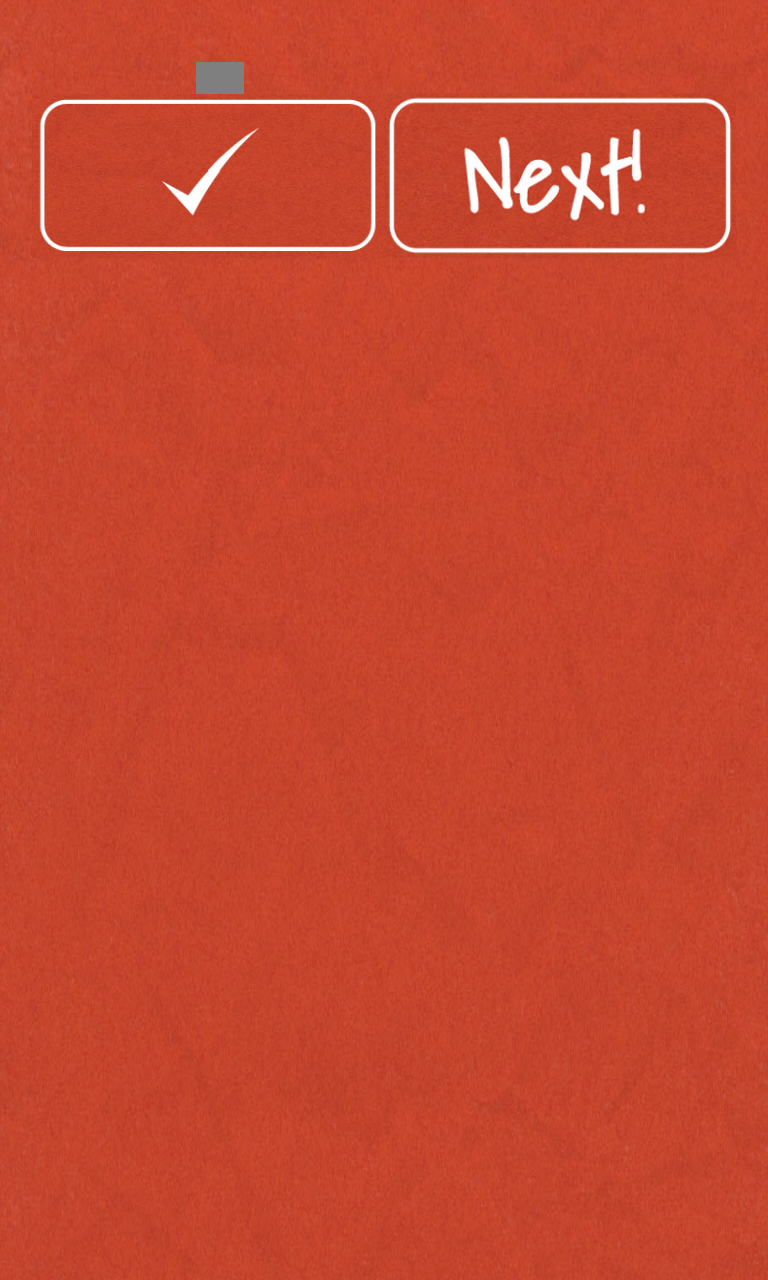
Repository: imhossu/FeedJulia
Layout: FeedJulia/res/layout/activity_place.xml
The author's editor kept a copy of each file at every save. The layout is drawn from the files as they stood at one save, then again after the next save.
Pictures or frames that could not be fetched are drawn as grey boxes. It is drawn on a 768 x 1280 px phone screen (xhdpi) without system bars, with theme android:Theme.NoTitleBar; the app's code is not run.

Above is the layout before, as saved 2014-01-26 05:56:21.

After the next save:
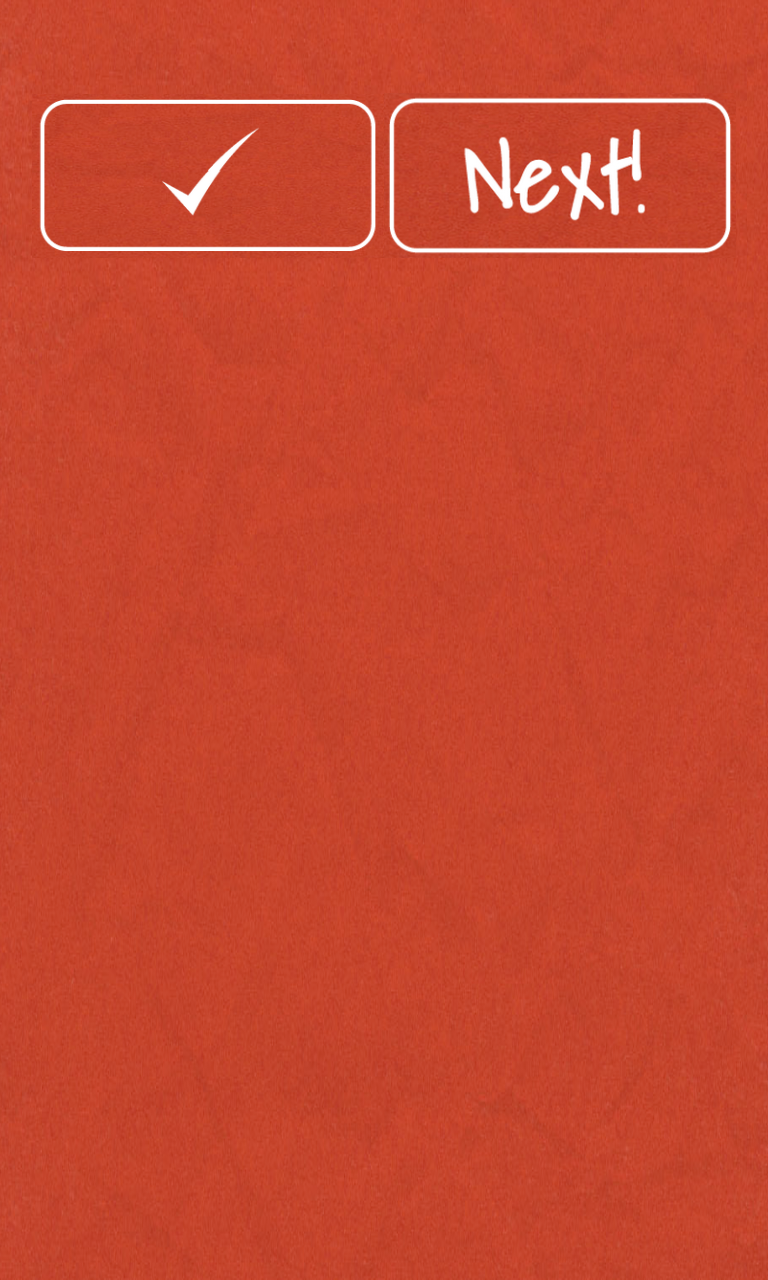
Saved 7 s later.
--- a/FeedJulia/res/layout/activity_place.xml
+++ b/FeedJulia/res/layout/activity_place.xml
@@ -32,7 +32,7 @@
   			android:id="@+id/map"
   			android:name="com.google.android.gms.maps.MapFragment"
   			android:layout_width="match_parent"
-  			android:layout_height="match_parent"
+  			android:layout_height="0dp"
   			android:layout_weight="80" />
 	</LinearLayout>
 
